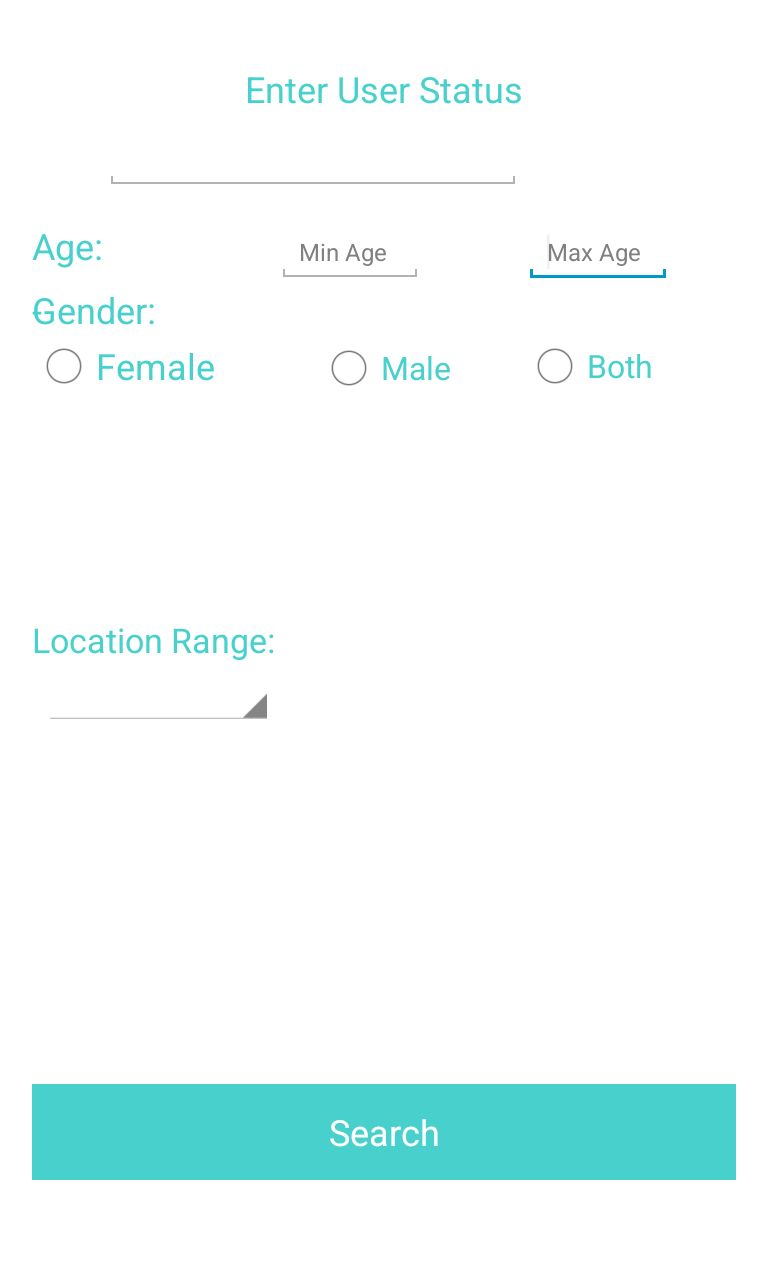
Repository: COMP231-S63G1/COMP231-S63G1
Layout: Wanna/res/layout/activity_search_user_filtration.xml
The author's editor kept a copy of each file at every save. The layout is drawn from the files as they stood at one save, then again after the next save.
It is drawn on a 768 x 1280 px phone screen (xhdpi) without system bars, with theme AppTheme; the app's code is not run.

Above is the layout before, as saved 2014-11-27 17:42:13.

After the next save:
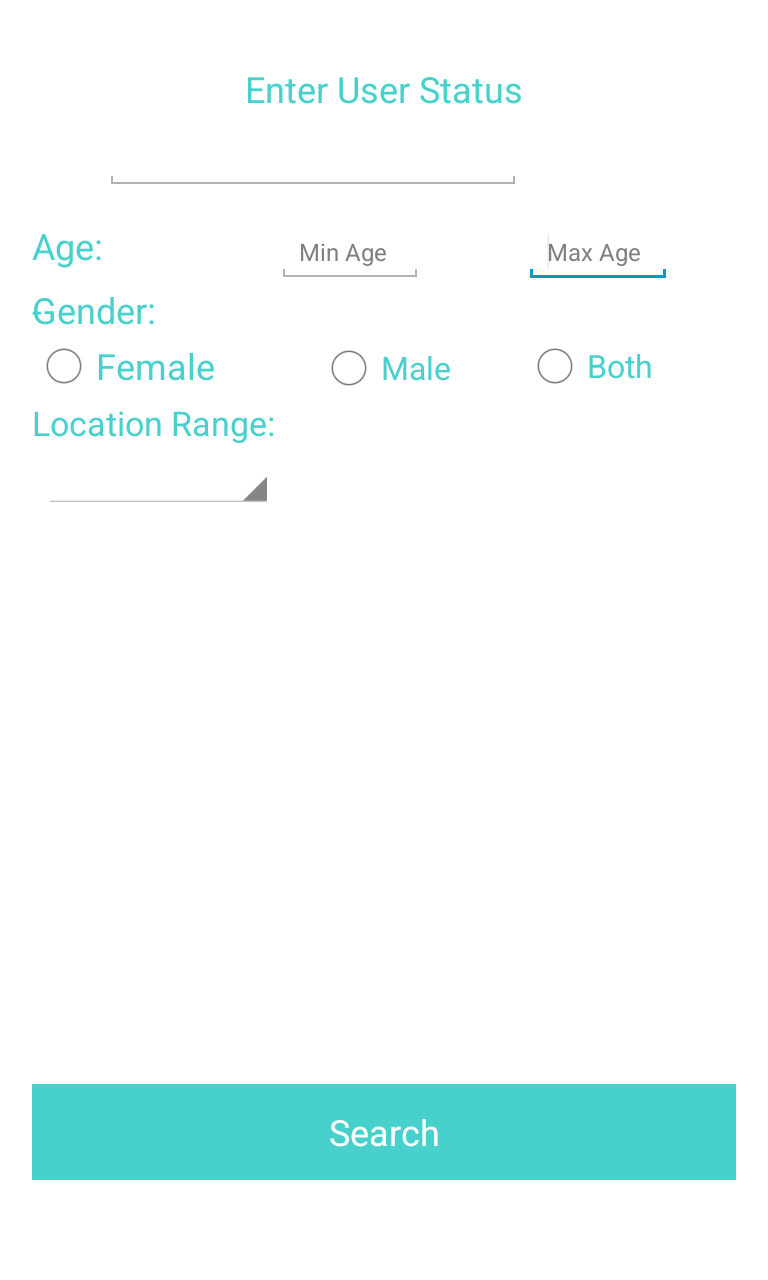
Saved 21 s later.
--- a/Wanna/res/layout/activity_search_user_filtration.xml
+++ b/Wanna/res/layout/activity_search_user_filtration.xml
@@ -114,16 +114,6 @@
         android:text="Male"
         android:textColor="#48D1CC" />
 
-    <TextView
-        android:id="@+id/textView1"
-        android:layout_width="wrap_content"
-        android:layout_height="wrap_content"
-        android:layout_alignLeft="@+id/rgFilterGender"
-        android:layout_centerVertical="true"
-        android:text="Location Range:"
-        android:textColor="#48D1CC"
-        android:textSize="17sp" />
-
      <Spinner
          android:id="@+id/locationRange"
          android:layout_width="wrap_content"
@@ -152,4 +142,14 @@
          android:inputType="number"
          android:textSize="12sp" />
 
+     <TextView
+         android:id="@+id/textView1"
+         android:layout_width="wrap_content"
+         android:layout_height="wrap_content"
+         android:layout_alignLeft="@+id/rgFilterGender"
+         android:layout_below="@+id/rbtnMale"
+         android:text="Location Range:"
+         android:textColor="#48D1CC"
+         android:textSize="17sp" />
+
 </RelativeLayout>
